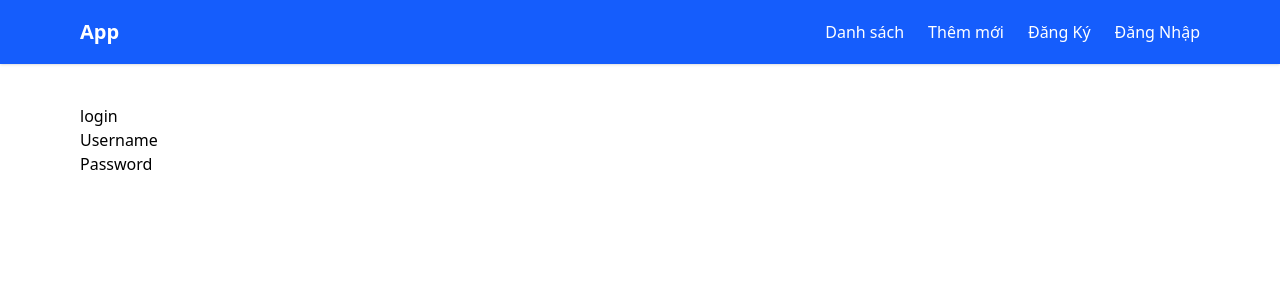
Repository: DODUCHUY195/Lap_Trinh_TypeScript
Page: /login
An editor plug-in stored every save of this project. The page is shown before and after the next save, followed by the edit.
The browser window is 1280 px wide. The pictures show the whole page.
The project was rebuilt for these pictures with package versions that can differ from the ones it lists, and the page was loaded fresh each time. Also part of the build but not shown: vite.config.ts, src/pages/List.tsx, src/pages/Add.tsx, src/pages/Edit.tsx.

Above is the page before, as saved 2026-01-26 19:14:30.

### src/App.tsx
import { Toaster } from "react-hot-toast";
import { Link, Routes, Route } from "react-router-dom";

import List from "./pages/List";
import Add from "./pages/Add";
import Edit from "./pages/Edit";
import AuthPage from "./pages/AuthPage";


function App() {


  return (
    <>
      {/* NAVBAR */}

      <nav className="bg-blue-600 text-white shadow">
        <div className="max-w-6xl mx-auto px-4 h-16 flex items-center justify-between">
          <Link to="/" className="text-xl font-semibold">
            <strong>App</strong>
          </Link>

          <div className="flex items-center space-x-6">
            <Link to="/" className="hover:text-gray-200">
              Danh sách
            </Link>
            <Link to="/add" className="hover:text-gray-200">
              Thêm mới
            </Link>
             <Link to="/register" className="hover:text-gray-200">
              Đăng Ký
            </Link>
            <Link to="/login" className="hover:text-gray-200">
              Đăng Nhập
            </Link>
          </div>
        </div>
      </nav>

      <div className="max-w-6xl mx-auto mt-10 px-4">
        <Routes>
          <Route path="/" element={<List />} />
          <Route path="/add" element={<Add />} />
          <Route path="/edit/:id" element={<Edit />} />
          <Route path="/register" element={<AuthPage isRegister={true} />} />
          <Route path="/login" element={<AuthPage isRegister={false} />} />

        </Routes>
      </div>

      <Toaster />
    </>
  );
}

export default App;

### src/pages/AuthPage.tsx
import { useForm } from "react-hook-form";
import { toast } from "react-hot-toast";

type BooleanProps = {
    isRegister: boolean;
};

function AuthPage({ isRegister }: BooleanProps) {
      const {
        register,
        handleSubmit,
      } = useForm({
        mode: "onBlur",
      });

      const onSubmit = async (values: any) => {
    try {
      const res = await fetch("/api/subjects", {
        method: "POST",
        headers: { "Content-Type": "application/json" },
        body: JSON.stringify(values),
      });
      if (!res.ok) return;
      await res.json();
      toast.success("Thêm thành công");

    } catch {
      toast.error("Thêm thất bại");
    }
  };

  return <div>

    {isRegister ? "register" : "login"}
    <form onSubmit={handleSubmit(onSubmit)}>
        <div>
            <label htmlFor="username">Username</label>
            <input {...register("username")} type="text" id="username" name="username" />

        </div>

        <div>
            <label htmlFor="password">Password</label>
            <input type="password" id="password" name="password" />
        </div>
    </form>
  </div>;
}

export default AuthPage;

Loaded but not shown: index.html (common file); src/main.tsx (common file); src/index.css (common file)

After the next save:
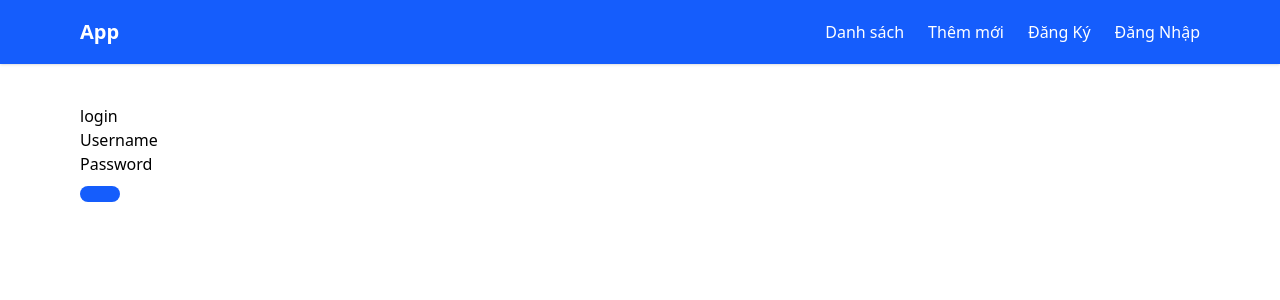
Saved 64 s later.
--- a/src/pages/AuthPage.tsx
+++ b/src/pages/AuthPage.tsx
@@ -43,6 +43,13 @@ function AuthPage({ isRegister }: BooleanProps) {
             <label htmlFor="password">Password</label>
             <input type="password" id="password" name="password" />
         </div>
+
+        <button
+          type="submit"
+          className="px-5 py-2 bg-blue-600 text-white rounded-lg hover:bg-blue-700 transition disabled:opacity-50"
+        >
+
+        </button>
     </form>
   </div>;
 }
